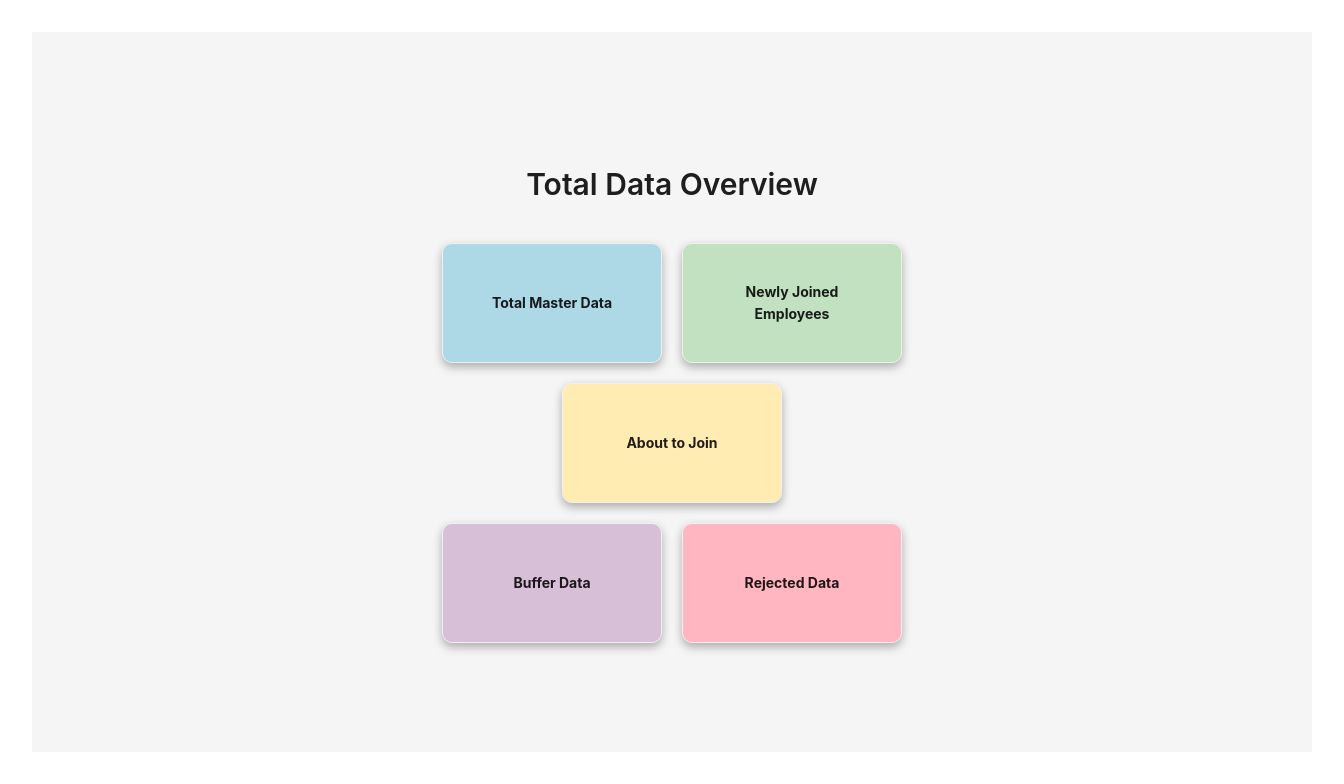
Repository: Moqueed/Delta_Iot
Page: /total-data (app in client/)
An editor plug-in stored every save of this project. The page is shown before and after the next save, followed by the edit.
The browser window is 1280 px wide. The page is 1344 px wide, so the pictures cover 1344 px, including what lies to the right of the window. The pictures show the whole page.
The project was rebuilt for these pictures with package versions that can differ from the ones it lists, and the page was loaded fresh each time. Also part of the build but not shown: client/vite.config.js, client/src/api/index.js, client/src/api/users.js, client/src/pages/Register/index.jsx, client/src/pages/Login/index.jsx, client/src/components/ProtectedRoute.jsx, client/src/pages/HR/HRDashboard.jsx, client/src/pages/Admin/AdminDashboard.jsx.

Above is the page before, as saved 2025-03-13 22:49:42.

After the next save:
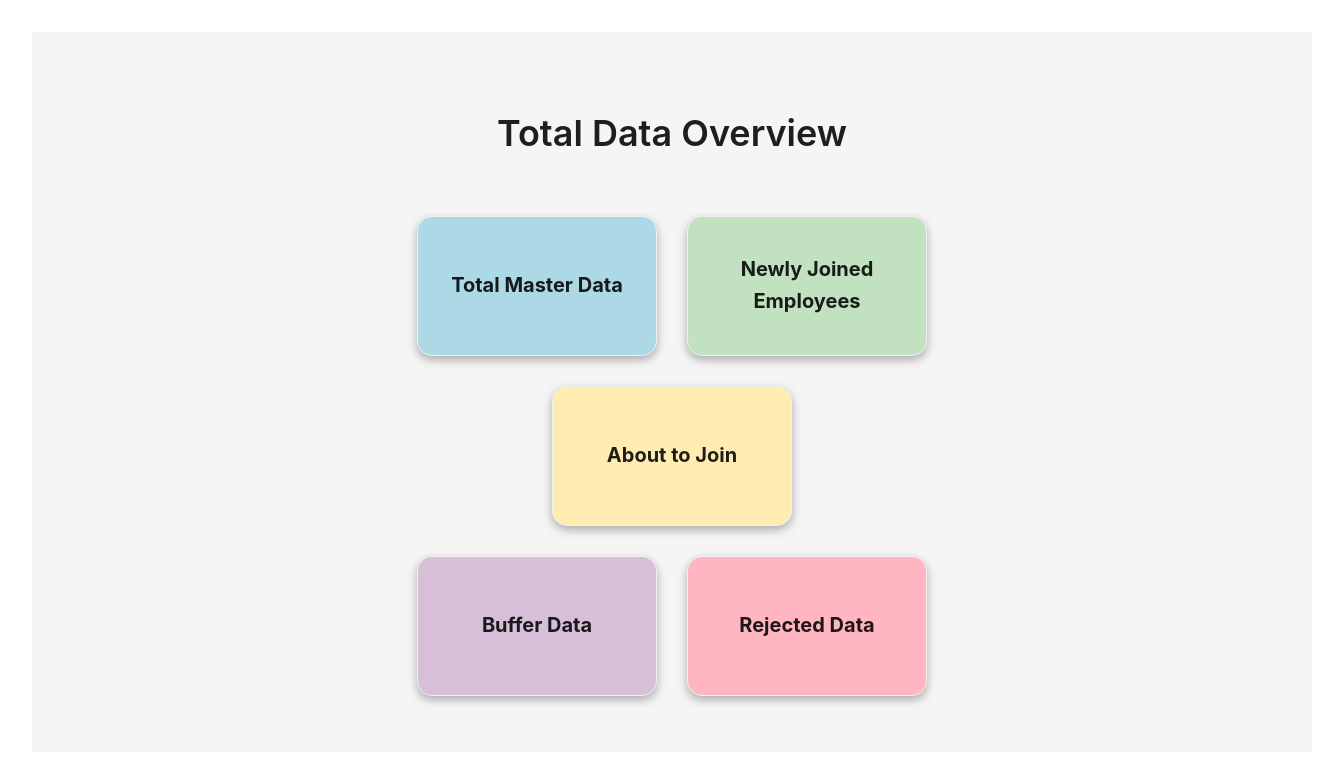
Saved 2 min 1 s later.
--- a/client/src/pages/HR/TotalDataPage.jsx
+++ b/client/src/pages/HR/TotalDataPage.jsx
@@ -13,16 +13,27 @@ const TotalDataPage = () => {
   ];
 
   const cardStyle = {
-    width: "220px",
-    height: "120px",
+    width: "240px",
+    height: "140px",
     display: "flex",
     alignItems: "center",
     justifyContent: "center",
-    borderRadius: "10px",
+    borderRadius: "15px",
     boxShadow: "0 4px 10px rgba(0, 0, 0, 0.3)",
     fontWeight: "bold",
+    fontSize: "20px",
     cursor: "pointer",
     transition: "transform 0.3s ease, box-shadow 0.3s ease",
+  };
+
+  const handleHover = (e) => {
+    e.currentTarget.style.transform = "scale(1.1)";
+    e.currentTarget.style.boxShadow = "0 8px 20px rgba(0, 0, 0, 0.5)";
+  };
+
+  const handleLeave = (e) => {
+    e.currentTarget.style.transform = "scale(1)";
+    e.currentTarget.style.boxShadow = "0 4px 10px rgba(0, 0, 0, 0.3)";
   };
 
   return (
@@ -35,31 +46,51 @@ const TotalDataPage = () => {
         alignItems: "center",
         justifyContent: "center",
         backgroundColor: "#f5f5f5",
-        gap: "20px",
+        gap: "30px",
       }}
     >
-      <Title level={2} style={{ marginBottom: "20px" }}>
+      <Title level={1} style={{ marginBottom: "30px", fontSize: "36px" }}>
         Total Data Overview
       </Title>
 
-      <div style={{ display: "flex", gap: "20px" }}>
-        <Card style={{ ...cardStyle, backgroundColor: sections[0].color }}>
+      <div style={{ display: "flex", gap: "30px" }}>
+        <Card
+          style={{ ...cardStyle, backgroundColor: sections[0].color }}
+          onMouseEnter={handleHover}
+          onMouseLeave={handleLeave}
+        >
           {sections[0].title}
         </Card>
-        <Card style={{ ...cardStyle, backgroundColor: sections[1].color }}>
+        <Card
+          style={{ ...cardStyle, backgroundColor: sections[1].color }}
+          onMouseEnter={handleHover}
+          onMouseLeave={handleLeave}
+        >
           {sections[1].title}
         </Card>
       </div>
 
-      <Card style={{ ...cardStyle, backgroundColor: sections[2].color }}>
+      <Card
+        style={{ ...cardStyle, backgroundColor: sections[2].color }}
+        onMouseEnter={handleHover}
+        onMouseLeave={handleLeave}
+      >
         {sections[2].title}
       </Card>
 
-      <div style={{ display: "flex", gap: "20px" }}>
-        <Card style={{ ...cardStyle, backgroundColor: sections[3].color }}>
+      <div style={{ display: "flex", gap: "30px" }}>
+        <Card
+          style={{ ...cardStyle, backgroundColor: sections[3].color }}
+          onMouseEnter={handleHover}
+          onMouseLeave={handleLeave}
+        >
           {sections[3].title}
         </Card>
-        <Card style={{ ...cardStyle, backgroundColor: sections[4].color }}>
+        <Card
+          style={{ ...cardStyle, backgroundColor: sections[4].color }}
+          onMouseEnter={handleHover}
+          onMouseLeave={handleLeave}
+        >
           {sections[4].title}
         </Card>
       </div>
